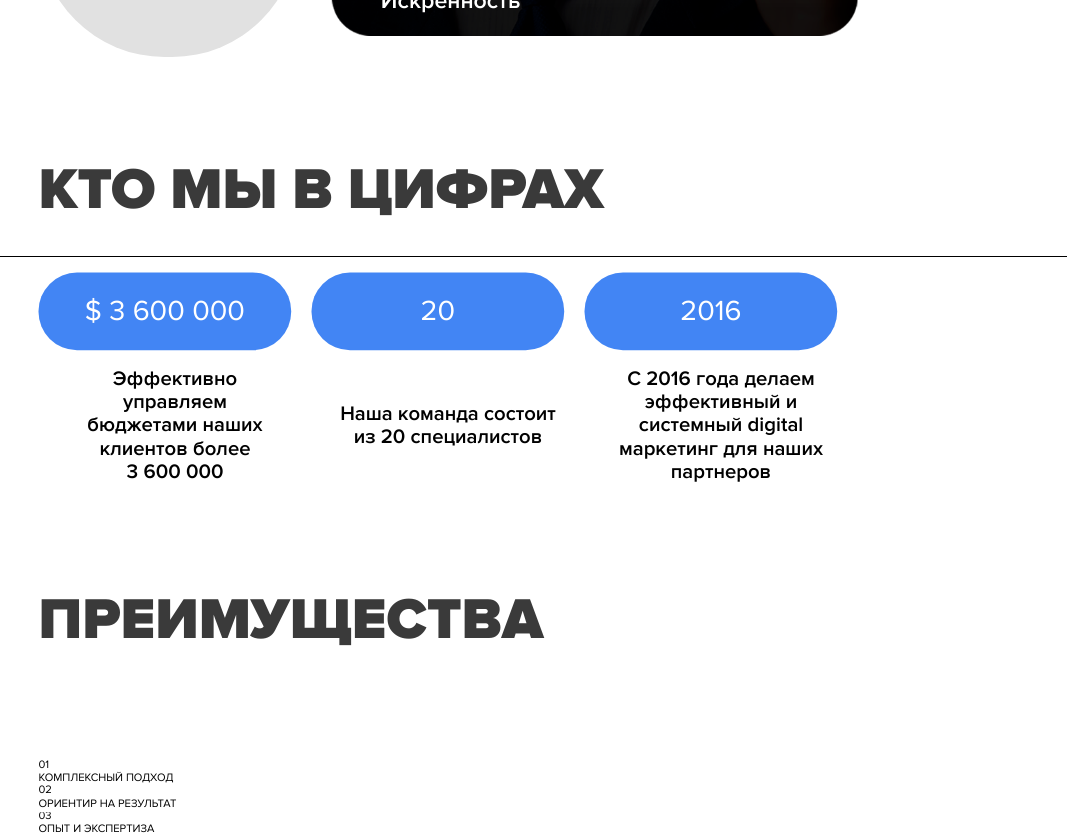
Repository: fanbear/Mnews
Page: index.html
The author's editor kept a copy of each file at every save. The page is drawn from the files as they stood at one save, then again after the next save.
The browser window is 1280 px wide. The page is 1525 px wide, so the pictures cover 1525 px, including what lies to the right of the window. The pictures show the part of the page from y = 2539 to 4139 px (the page is 3732 px tall before and 4139 px after), at 70% of full size.
Some web libraries are served in a nearby version.

Above is the page before, as saved 2022-07-27 16:22:46.

After the next save:
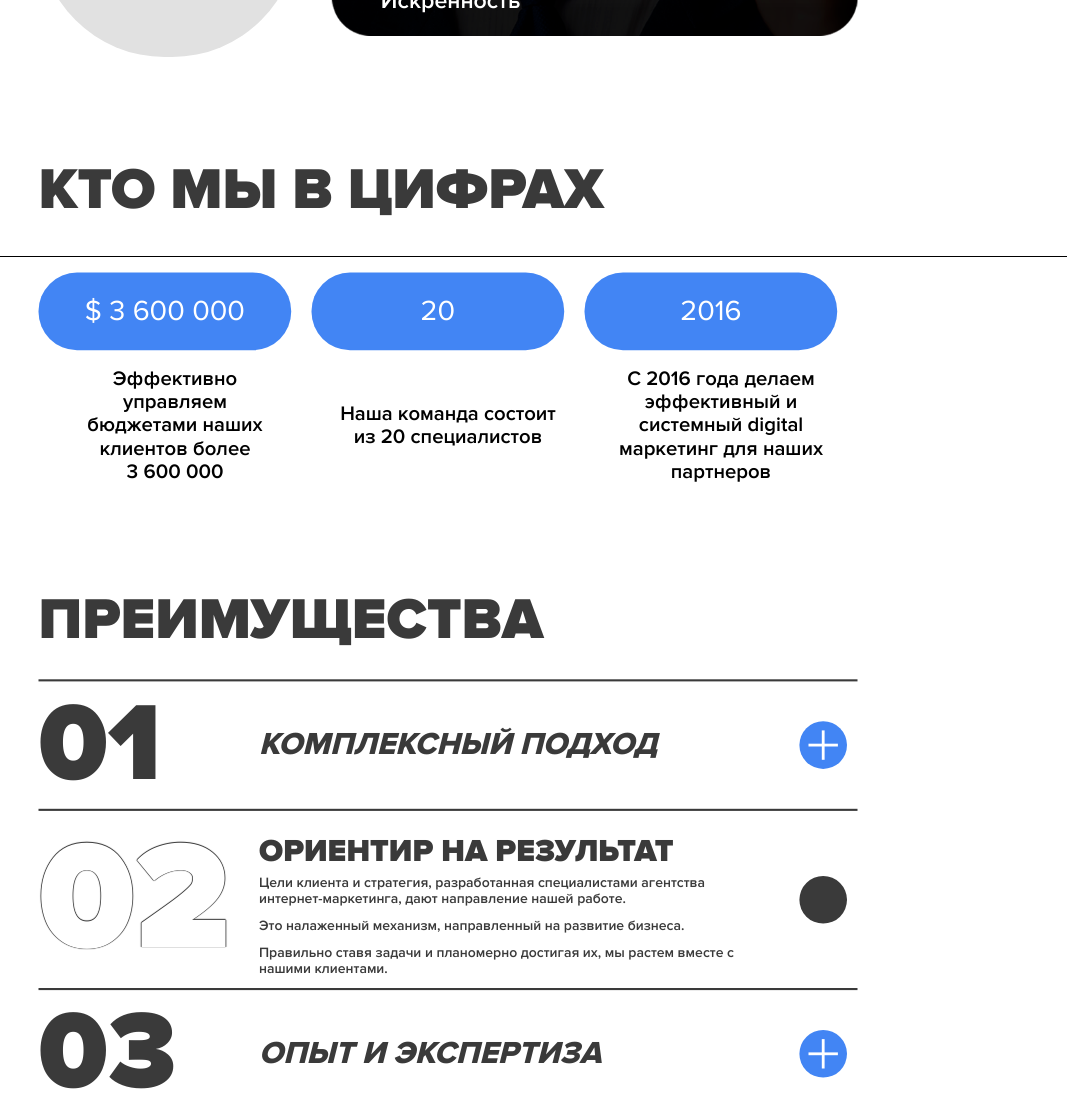
Saved 35 s later.
--- a/css/main.css
+++ b/css/main.css
@@ -207,22 +207,22 @@
     font-weight: 800;
 }
 
-.benefits-tab__wrapper {
+.tab__wrapper {
     margin-top: 37px;
 }
 
-.benefits-tab__item {
+.tab__item {
     border-top: 3px solid var(--main-text-color);
     display: flex;
     align-items: center;
     position: relative;
 }
 
-.benefits-tab__item-head {
+.tab__item-head {
     min-width: 280px;
 }
 
-.benefits-tab__item-head p {
+.tab__item-head p {
     font-size: 158px;
     font-weight: 800;
     color: var(--main-text-color);
@@ -230,7 +230,7 @@
 
 }
 
-.benefits-tab__item-body .item-body__title {
+.tab__item-body .item-body__title {
     font-size: 45px;
     color: var(--main-text-color);
     margin-left: 35px;
@@ -239,7 +239,7 @@
     transition: 0.4s;
 }
 
-.benefits-tab__item-button {
+.tab__item-button {
     width: 68px;
     height: 68px;
     border-radius: 50%;
@@ -254,14 +254,14 @@
     transition: 0.4s;
 }
 
-.benefits-tab__item-horizontal {
+.tab__item-horizontal {
     width: 4px;
     height: 42px;
     background-color: white;
     transition: 0.4s;
 }
 
-.benefits-tab__item-vertical {
+.tab__item-vertical {
     width: 42px;
     height: 4px;
     background-color: white;
@@ -277,7 +277,7 @@
     width: 80%;
 }
 
-.benefits-tab__item-active .benefits-tab__item-head p {
+.tab__item-active .tab__item-head p {
     text-shadow: 1px 0 1px var(--main-text-color),
         0 1px 1px var(--main-text-color),
         -1px 0 1px var(--main-text-color),
@@ -287,7 +287,7 @@
     transition: 0.4s;
 }
 
-.benefits-tab__item-active .item-body__title {
+.tab__item-active .item-body__title {
     font-style: normal;
     font-weight: 800;
     margin-bottom: 8px;
@@ -295,7 +295,7 @@
     transition: 0.4s;
 }
 
-.benefits-tab__item-active .item-body__text {
+.tab__item-active .item-body__text {
     font-size: 20px;
     font-weight: 500;
     margin-left: 35px;
@@ -306,17 +306,17 @@
     transition: 0.4s;
 }
 
-.benefits-tab__item-active .item-body__text p {
+.tab__item-active .item-body__text p {
     margin-bottom: 15px;
     transition: 0.4s;
 }
 
-.benefits-tab__item-active .benefits-tab__item-button {
+.tab__item-active .tab__item-button {
     background-color: var(--main-text-color);
     transition: 0.4s;
 }
 
-.benefits-tab__item-active .benefits-tab__item-horizontal {
+.tab__item-active .tab__item-horizontal {
     transform: rotate(90deg);
     transition: 0.4s;
 }
